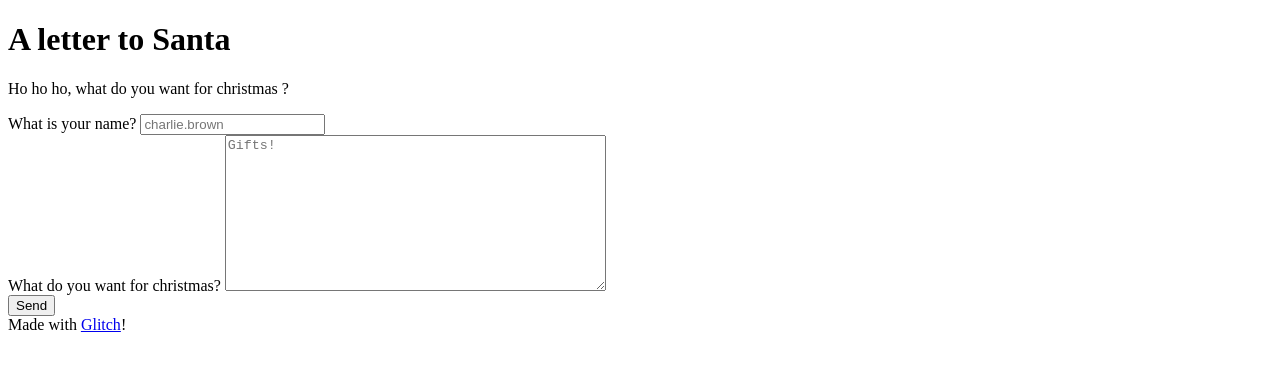
Repository: Jonashr/christmas-wishlist-server
Page: views/error.html
These files come from the project's save history. The page is drawn as it stood at one moment and after the next save; the edit follows.
The browser window is 1280 px wide. The pictures show the whole page.

Above is the page before, as saved 2020-09-06 06:55:06.

### views/error.html
<!DOCTYPE html>
<html lang="en">
<head>
  <meta charset="UTF-8">
  <meta name="viewport" content="width=device-width, initial-scale=1.0">
  <title>Document</title>
</head>
<body>
  <header>
    <h1>
      A letter to Santa
    </h1>
  </header>

  <main>
    <p class="bold">Ho ho ho, what do you want for christmas ?</p>

    What is your name?
    <input name="userid" placeholder="charlie.brown" />
    <form method="post">
      What do you want for christmas?
      <textarea name="wish" rows="10" cols="45" maxlength="100" placeholder="Gifts!"></textarea>
      <br/>
      <button type="submit" id="submit-letter">Send</button>
    </form>
  </main>

  <footer>
    Made with
    <a href="https://glitch.com">Glitch</a>!
  </footer>
</body>

</html>

After the next save:
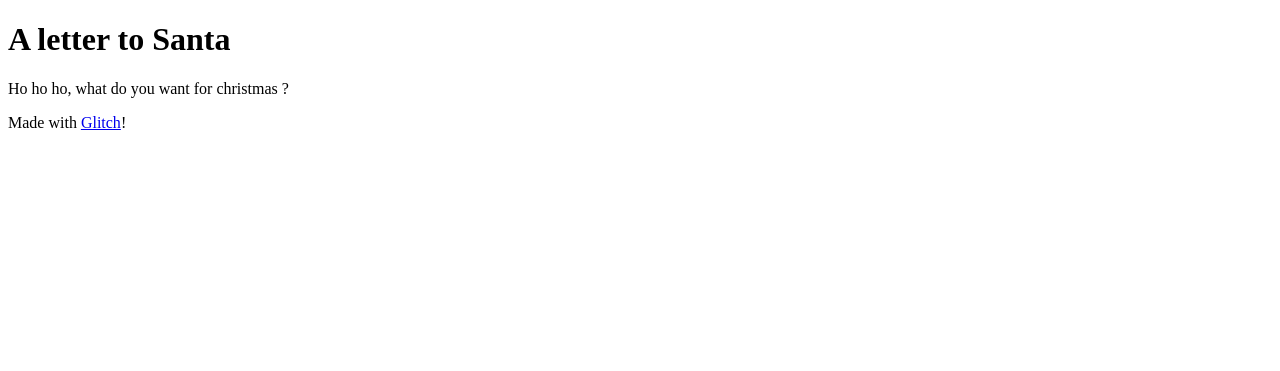
Saved 19 s later.
--- a/views/error.html
+++ b/views/error.html
@@ -14,15 +14,6 @@
 
   <main>
     <p class="bold">Ho ho ho, what do you want for christmas ?</p>
-
-    What is your name?
-    <input name="userid" placeholder="charlie.brown" />
-    <form method="post">
-      What do you want for christmas?
-      <textarea name="wish" rows="10" cols="45" maxlength="100" placeholder="Gifts!"></textarea>
-      <br/>
-      <button type="submit" id="submit-letter">Send</button>
-    </form>
   </main>
 
   <footer>
